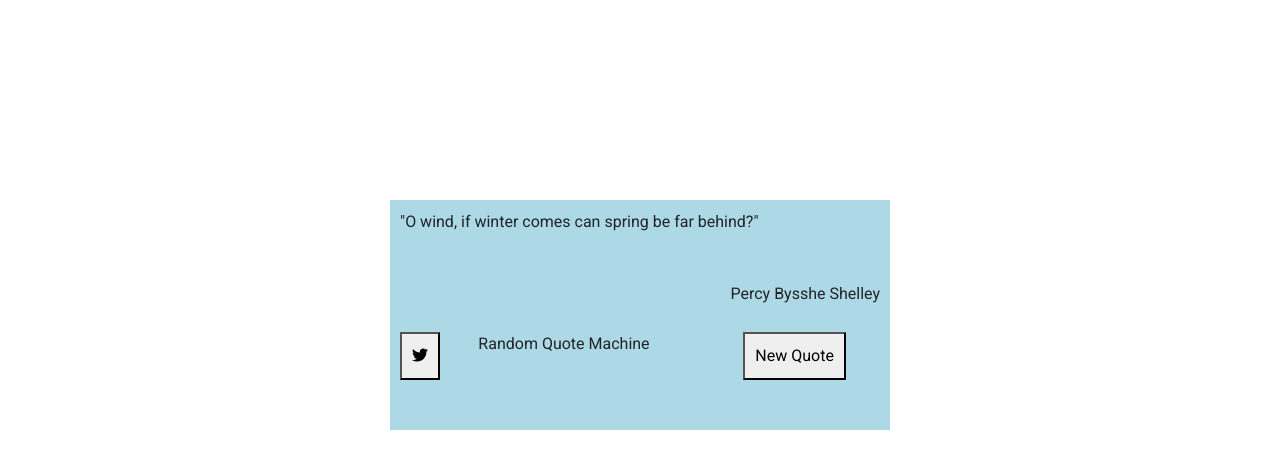
Repository: derektypist/random-quote-machine
Page: index.html
The author's editor kept a record of every edit. The page is drawn from the files as they stood at one moment, then again after the next edit.
The browser window is 1280 px wide. The pictures show the whole page.
Some web libraries are served in a nearby version.

Above is the page before.

### index.html
<!DOCTYPE html>
<html lang="en">

<head>
    <meta charset="UTF-8">
    <meta name="viewport" content="width=device-width, initial-scale=1.0">
    <meta http-equiv="X-UA-Compatible" content="ie=edge">
    <title>Random Quote Machine</title>
    <!-- Load Style Sheets -->
    <link rel="stylesheet" href="https://maxcdn.bootstrapcdn.com/bootstrap/4.4.1/css/bootstrap.min.css" integrity="sha384-Vkoo8x4CGsO3+Hhxv8T/Q5PaXtkKtu6ug5TOeNV6gBiFeWPGFN9MuhOf23Q9Ifjh" crossorigin="anonymous">
    <link rel="stylesheet" href="https://use.fontawesome.com/releases/v5.8.1/css/all.css" integrity="sha384-50oBUHEmvpQ+1lW4y57PTFmhCaXp0ML5d60M1M7uH2+nqUivzIebhndOJK28anvf" crossorigin="anonymous">
    <link href="https://fonts.googleapis.com/css?family=Roboto&display=swap" rel="stylesheet">
    <style>
        /* Quote Box */

        #quote-box {
            font-family: "Roboto", Arial, Verdana, sans-serif;
            background-color: lightblue;
            display: block;
            position: relative;
            top: 200px;
            height: 230px;
            width: 500px;
            margin: auto;

        }

        #text {
            padding: 10px;
        }

        #author {
            text-align: right;
            padding: 10px;
        }


        #tweet-quote {
            padding: 10px;
        }

        #tweet-quote button {
            text-align: center;
            padding: 10px;

        }

        #tweet-quote:hover button {
            background-color: orange;
        }

        #new-quote {
            padding: 10px;
        }
    </style>

    <!-- Load Scripts -->
    <script src="https://ajax.googleapis.com/ajax/libs/jquery/3.4.1/jquery.min.js"></script>
    <script>

        // Define Function for New Quote
        function displayNewQuote() {
            // Set Up Random Index

            let randomIndex = Math.floor(Math.random() * 13);

            // Set Up Constants noting use of Escape Characters

            const possibleText = ["\"Hope smiles from the threshold of the year to come whispering.  It will be happier.\"",
                "\"O wind, if winter comes can spring be far behind?\"",
                "\"Spring is nature's way of saying 'Let's Party'.\"",
                "\"Sweet April showers do spring May Flowers.\"",
                "\"As full of spirit as the month of May, and as gorgeous as the sun in Midsummer.\"",
                "\"There are two seasons in Scotland: June and Winter.\"",
                "\"People don't notice whether it's winter or summer when they're happy.\"",
                "\"Summer Afternoon---summer afternoon; to me those have always been the first two beautiful words in the English Language.\"",
                "\"Autumn is a second spring when every leaf is a flower.\"",
                "\"In seed time learn, in harvest teach, in winter enjoy.\"",
                "\"Winter is the time for comfort, for good food and warmth, for the touch of a friendly hand and a talk beside the fire: it is time for home.\"",
                "\"Thank you for your kind words.\"",
                "\"It looks as though you had a great time Derek.\""
            ];
            const text = possibleText[randomIndex];
            const possibleAuthors = ["Alfred Lord Tennyson",
                "Percy Bysshe Shelley",
                "Robin Williams",
                "Thomas Tusser",
                "William Shakespeare",
                "Billy Connolly",
                "Anton Chekhov",
                "Henry James",
                "Albert Camus",
                "William Blake",
                "Edith Sitwell",
                "Daphne Pink",
                "Andrea Harrison"
            ];
            const author = possibleAuthors[randomIndex];


            // Display text and author in the Browser Window
            document.getElementById("text").innerHTML = text;
            document.getElementById("author").innerHTML = author;

        }




        $(document).ready(displayNewQuote);
    </script>

</head>

<body>
    <!-- Set Up Quote Box -->
    <article id="quote-box">
        <article id="text">
        </article>
        <h4 id="text"></h4>
        <p id="author"></p>
        <p></p>
        <!-- Set Up Row -->
        <article class="row">
            <!-- Set Up Article for Tweet Quote Button -->
            <article class="col-sm-2">
                <a href="https://twitter.com/intent/tweet/" target="_blank" title="Tweet" id="tweet-quote"><button type="button"><i class="fab fa-twitter"></i></button></a>
            </article>

            <!-- Display Title (Random Quote Machine) -->
            <article class="col-sm-6">
                <p>Random Quote Machine</p>
            </article>

            <!-- Set Up Article for New Quote Button -->
            <article class="col-sm-4">
                <button onclick="displayNewQuote()" title="New Quote" id="new-quote">New Quote</button>
            </article>

        </article>



    </article>



</body>

</html>

After the next edit:
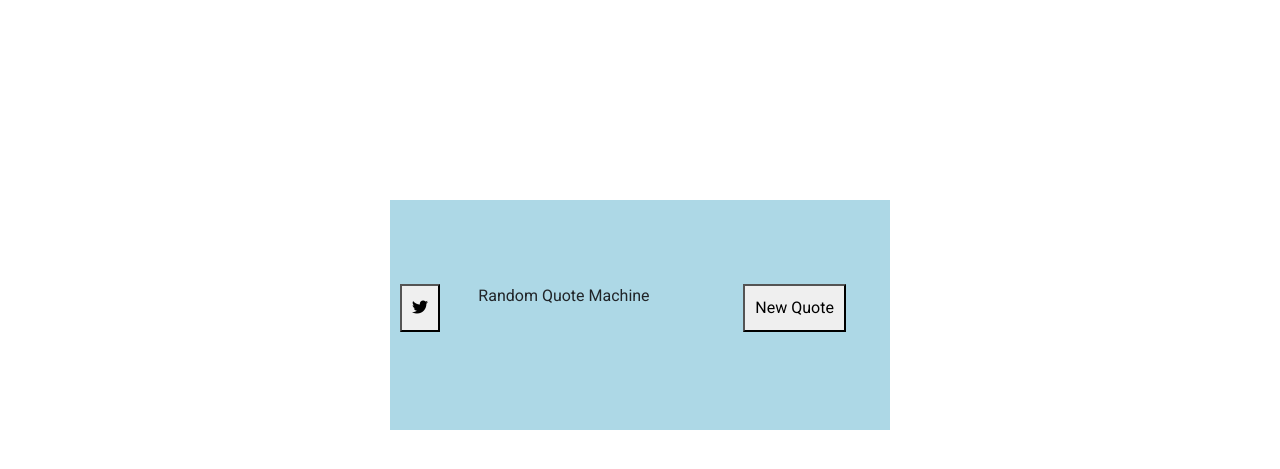
Console error: SyntaxError: Unexpected token '<'
The edit:
--- a/index.html
+++ b/index.html
@@ -97,8 +97,8 @@
             ];
             const author = possibleAuthors[randomIndex];
 
-
-            // Display text and author in the Browser Window
+            // Display Text (Quote) and Authors
+            <h4>${text}</h4>;
             document.getElementById("text").innerHTML = text;
             document.getElementById("author").innerHTML = author;
 
